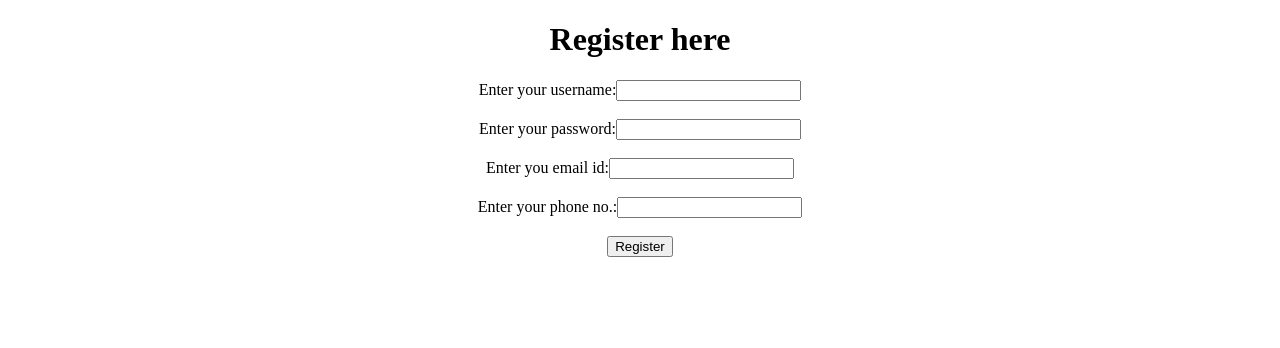
Repository: Roshni260/Integrate_Client_and_Server
Page: Loginandreg/src/main/webapp/index.html
The author's editor kept a copy of each file at every save. The page is drawn from the files as they stood at one save, then again after the next save.
The browser window is 1280 px wide. The pictures show the whole page.

Above is the page before, as saved 2023-06-21 07:51:36.

### Loginandreg/src/main/webapp/index.html
<!DOCTYPE html>
<html>
<head>
<meta charset="ISO-8859-1">
<title>Register here</title>
</head>
<body>
<div align="center">
<form action="reg.jsp" method="post">
<h1>Register here</h1>
<label>Enter your username:</label><input type="text" name="uname"><br><br>
<label>Enter your password:</label><input type="password" name="pwd"><br><br>
<label>Enter you email id:</label><input type="email" name="mail"><br><br>
<label>Enter your phone no.:</label><input type="tel" name="mobile"><br><br>
<input type="submit" value="Register">
</form></div>
</body>
</html>

After the next save:
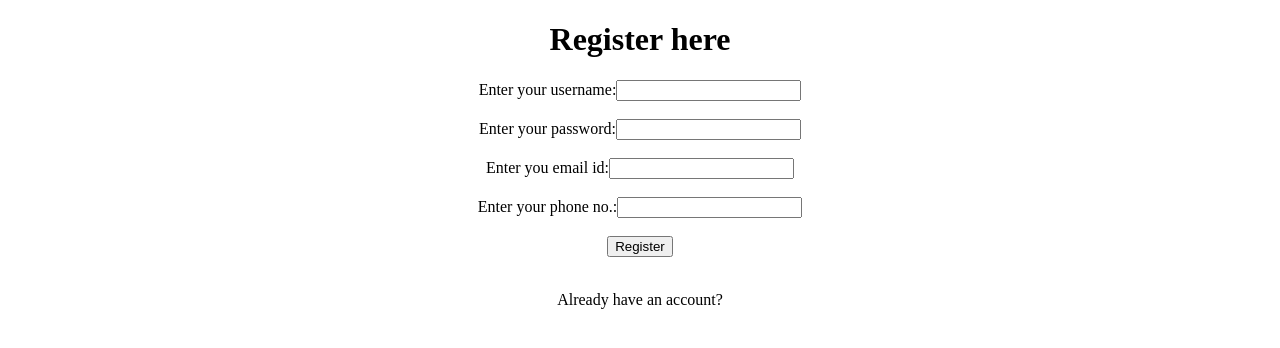
Saved 71 s later.
--- a/Loginandreg/src/main/webapp/index.html
+++ b/Loginandreg/src/main/webapp/index.html
@@ -12,7 +12,9 @@
 <label>Enter your password:</label><input type="password" name="pwd"><br><br>
 <label>Enter you email id:</label><input type="email" name="mail"><br><br>
 <label>Enter your phone no.:</label><input type="tel" name="mobile"><br><br>
-<input type="submit" value="Register">
+<input type="submit" value="Register"><br><br>
+<p>Already have an account?</p>
+<a href"login.html"></a>
 </form></div>
 </body>
 </html>
